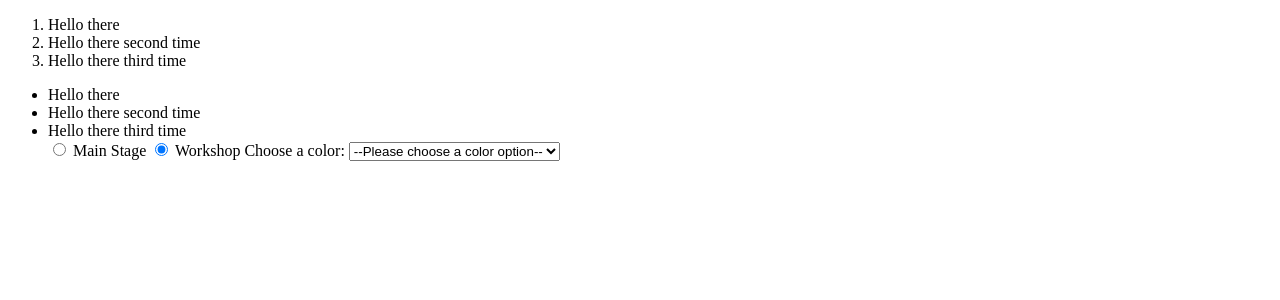
Repository: W0474997SteveArmstrong/udacity-frontenddeveloper-challenge
Page: lists.html
The author's editor kept a copy of each file at every save. The page is drawn from the files as they stood at one save, then again after the next save.
The browser window is 1280 px wide. The pictures show the whole page.

Above is the page before, as saved 2023-02-06 15:23:21.

### lists.html
<!DOCTYPE html>
<html lang="en">

<head>
    <meta charset="UTF-8">
    <meta http-equiv="X-UA-Compatible" content="IE=edge">
    <meta name="viewport" content="width=device-width, initial-scale=1.0">
    <title>Document</title>
</head>

<body>
    <ol>
        <li>Hello there</li>
        <li>Hello there second time</li>
        <li>Hello there third time</li>
    </ol>
    <ul>
        <li>Hello there</li>
        <li>Hello there second time</li>
        <li>Hello there third time</li>
        <input type="radio"/>
        <label for="">Main Stage</label>
        <input type="radio" checked/>
        <label for="">Workshop</label>

        <label for="color-select">Choose a color:</label>

        <select name="" id="color-select">
            <option value="">--Please choose a color option--</option>
            <option value="Blue">Blue</option>
            <option value="Green">Green</option>
            <option value="Red">Red</option>
            <option value="Yellow">Yellow</option>
        </select>


    </ul>
</body>

</html>

After the next save:
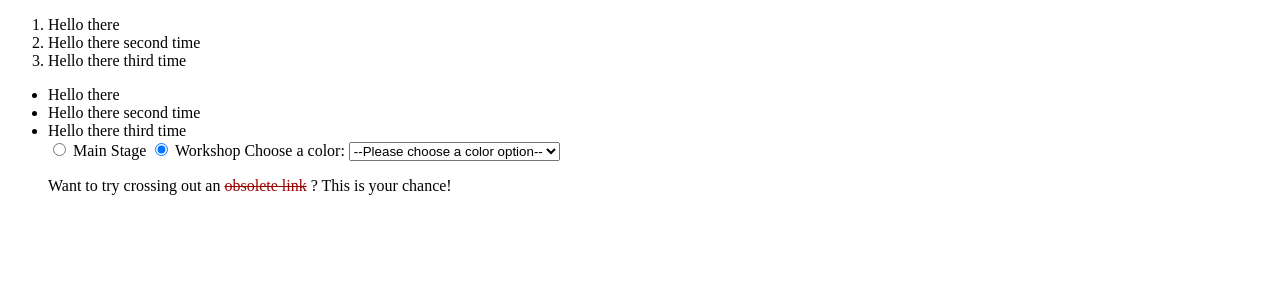
Saved 4 h 55 min later.
--- a/lists.html
+++ b/lists.html
@@ -32,7 +32,11 @@
             <option value="Red">Red</option>
             <option value="Yellow">Yellow</option>
         </select>
-
+        <p>
+            Want to try crossing out an
+            <a href="nowhere.html" style="color: #990000; text-decoration: line-through;">obsolete link</a>
+            ? This is your chance!
+          </p>
 
     </ul>
 </body>
